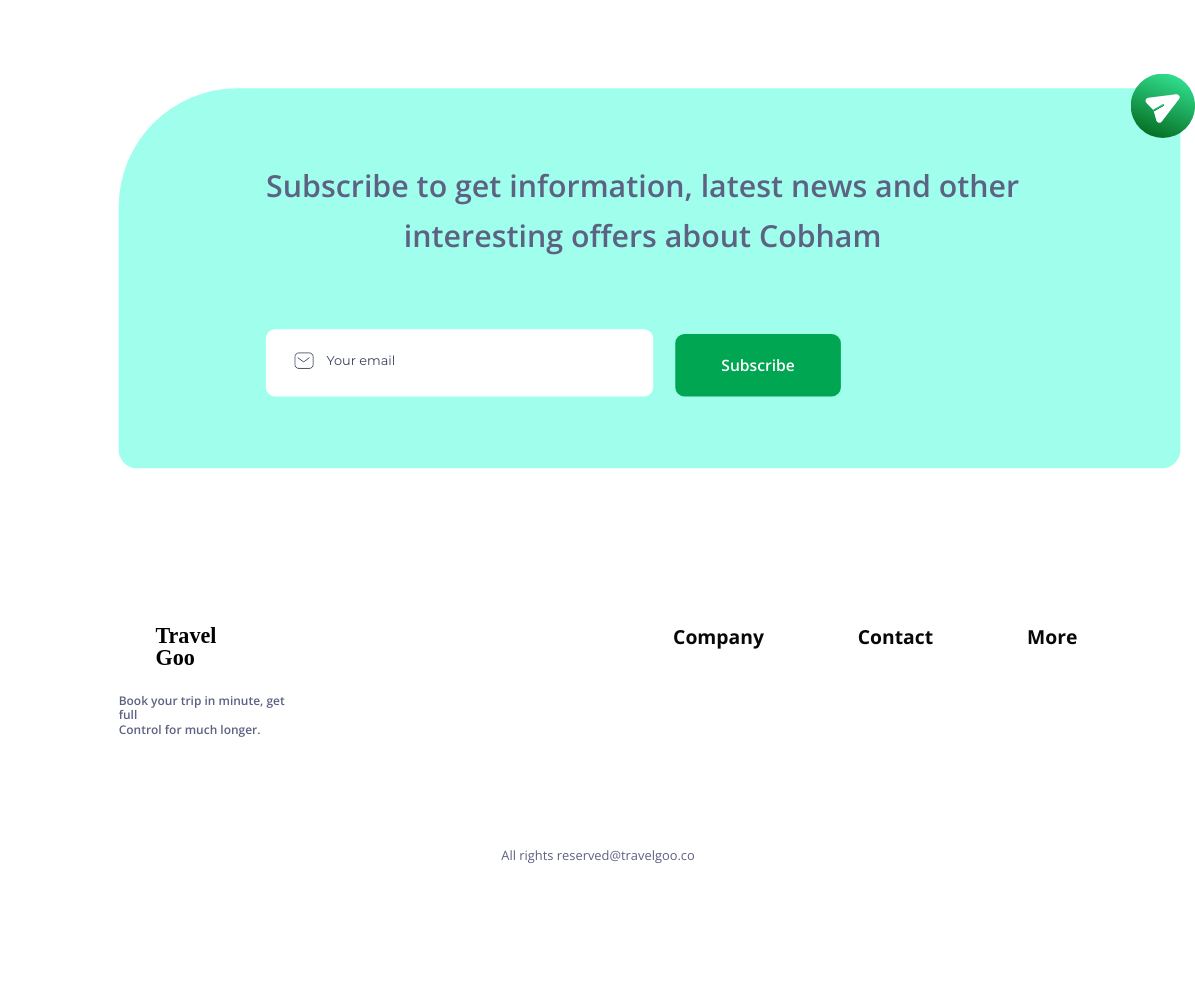
Repository: HeybetzadeQedim/task-5
Page: index.html
The author's editor kept a copy of each file at every save. The page is drawn from the files as they stood at one save, then again after the next save.
The browser window is 1280 px wide. The page is 1299 px wide, so the pictures cover 1299 px, including what lies to the right of the window. The pictures show the whole page, at 92% of full size.
Some web fonts or font styles are not loaded; a fallback is used.

Above is the page before, as saved 2023-10-16 15:55:51.

After the next save:
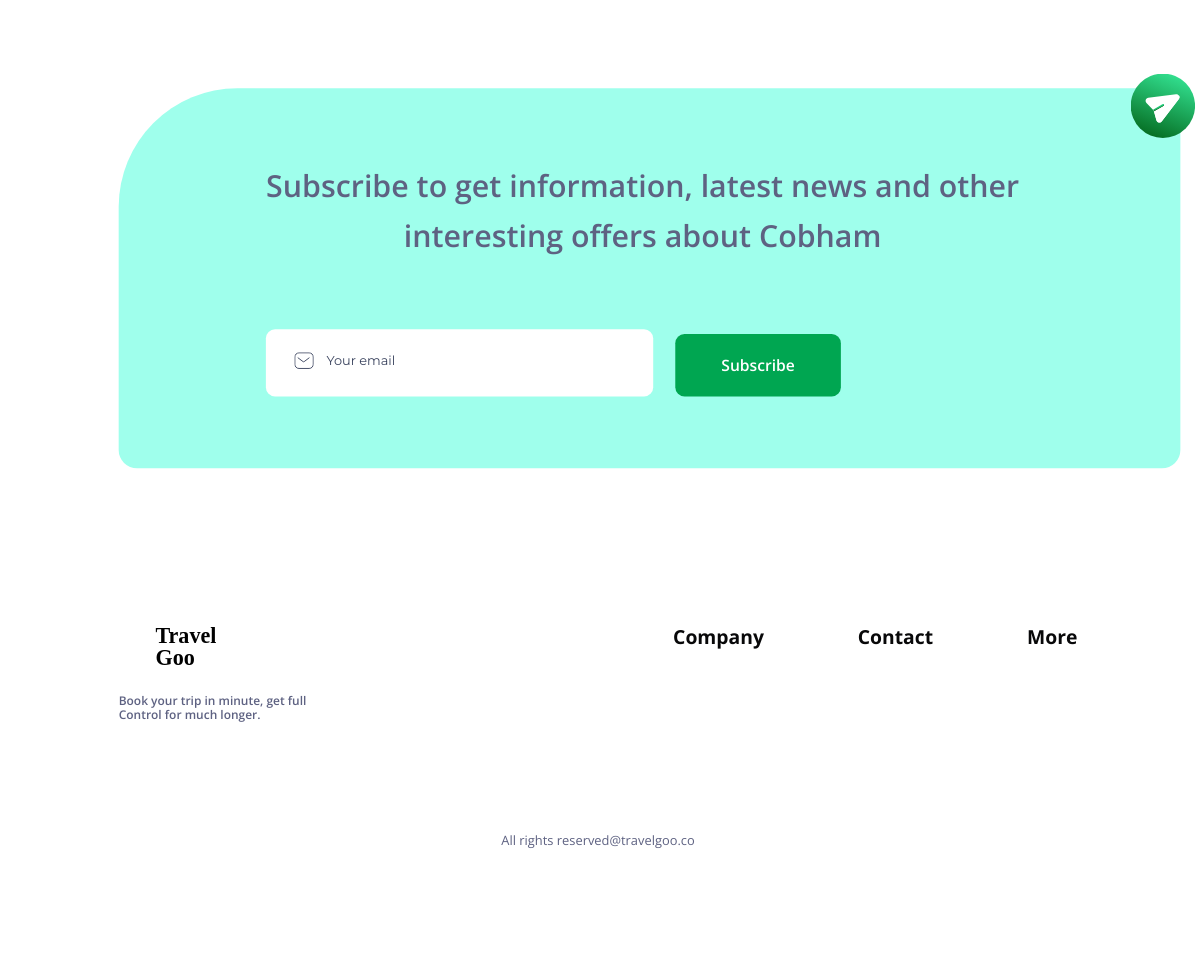
Saved 7 s later.
--- a/index.css
+++ b/index.css
@@ -106,7 +106,7 @@
   line-height: 124.5%;
 }
 .li-container {
-  margin-left: 400px;
+  /* margin-left: 400px; */
 }
 .li-container ul {
   display: flex;
